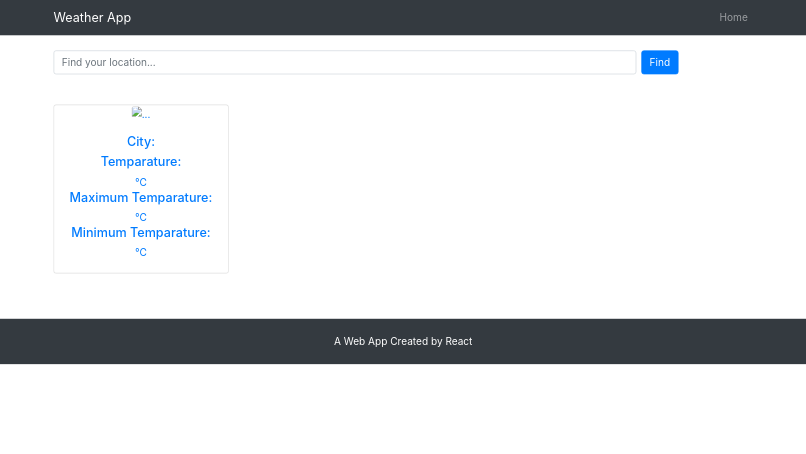
Repository: smk87/weather-app-react
Page: /
The author's editor kept a copy of each file at every save. The page is drawn from the files as they stood at one save, then again after the next save.
The browser window is 1280 px wide. The pictures show the whole page, at 63% of full size.
The page's requests for data from a server got no answer. Some web libraries are served in a nearby version. The project was rebuilt for these pictures with package versions that can differ from the ones it lists, and the page was loaded fresh each time. A package was used in the major version that the imports need, not the one package.json lists. No one was signed in, and anything a server would have sent is missing.

Above is the page before, as saved 2019-02-06 17:16:57.

### public/index.html
<!DOCTYPE html>
<html lang="en">
  <head>
    <meta charset="utf-8" />
    <link rel="shortcut icon" href="%PUBLIC_URL%/favicon.ico" />
    <meta
      name="viewport"
      content="width=device-width, initial-scale=1, shrink-to-fit=no"
    />
    <meta name="theme-color" content="#000000" />
    <!--
      manifest.json provides metadata used when your web app is added to the
      homescreen on Android. See https://developers.google.com/web/fundamentals/web-app-manifest/
    -->
    <link rel="manifest" href="%PUBLIC_URL%/manifest.json" />
    <link
      rel="stylesheet"
      href="https://stackpath.bootstrapcdn.com/bootstrap/4.2.1/css/bootstrap.min.css"
      integrity="sha384-GJzZqFGwb1QTTN6wy59ffF1BuGJpLSa9DkKMp0DgiMDm4iYMj70gZWKYbI706tWS"
      crossorigin="anonymous"
    />
    <script
      defer
      src="https://use.fontawesome.com/releases/v5.6.3/js/all.js"
      integrity="sha384-EIHISlAOj4zgYieurP0SdoiBYfGJKkgWedPHH4jCzpCXLmzVsw1ouK59MuUtP4a1"
      crossorigin="anonymous"
    ></script>
    <!--
      Notice the use of %PUBLIC_URL% in the tags above.
      It will be replaced with the URL of the `public` folder during the build.
      Only files inside the `public` folder can be referenced from the HTML.

      Unlike "/favicon.ico" or "favicon.ico", "%PUBLIC_URL%/favicon.ico" will
      work correctly both with client-side routing and a non-root public URL.
      Learn how to configure a non-root public URL by running `npm run build`.
    -->
    <title>React App</title>
  </head>
  <body>
    <noscript>You need to enable JavaScript to run this app.</noscript>
    <div id="root"></div>
    <!--
      This HTML file is a template.
      If you open it directly in the browser, you will see an empty page.

      You can add webfonts, meta tags, or analytics to this file.
      The build step will place the bundled scripts into the <body> tag.

      To begin the development, run `npm start` or `yarn start`.
      To create a production bundle, use `npm run build` or `yarn build`.
    -->

    <script
      src="https://code.jquery.com/jquery-3.3.1.slim.min.js"
      integrity="sha384-q8i/X+965DzO0rT7abK41JStQIAqVgRVzpbzo5smXKp4YfRvH+8abtTE1Pi6jizo"
      crossorigin="anonymous"
    ></script>
    <script
      src="https://cdnjs.cloudflare.com/ajax/libs/popper.js/1.14.6/umd/popper.min.js"
      integrity="sha384-wHAiFfRlMFy6i5SRaxvfOCifBUQy1xHdJ/yoi7FRNXMRBu5WHdZYu1hA6ZOblgut"
      crossorigin="anonymous"
    ></script>
    <script
      src="https://stackpath.bootstrapcdn.com/bootstrap/4.2.1/js/bootstrap.min.js"
      integrity="sha384-B0UglyR+jN6CkvvICOB2joaf5I4l3gm9GU6Hc1og6Ls7i6U/mkkaduKaBhlAXv9k"
      crossorigin="anonymous"
    ></script>
  </body>
</html>

### src/App.js
import React, { Component } from "react";
import { BrowserRouter as Router, Route, Switch } from "react-router-dom";
import logo from "./logo.svg";
import "./App.css";

//Import Layout Components
import NavBar from "./components/NavBar";
import Footer from "./components/Footer";
import Home from "./components/Home";

class App extends Component {
  render() {
    return (
      <Router>
        <div className="App">
          <NavBar />
          <Route exact path="/" component={Home} />
          <Footer />
        </div>
      </Router>
    );
  }
}

export default App;

### src/components/NavBar.js
import React, { Component } from "react";
import { Link } from "react-router-dom";

export default class NavBar extends Component {
  render() {
    return (
      <div>
        <nav className="navbar navbar-expand-sm navbar-dark bg-dark mb-4">
          <div className="container">
            <Link className="navbar-brand" to="/">
              Weather App
            </Link>
            <button
              className="navbar-toggler"
              type="button"
              data-toggle="collapse"
              data-target="#mobile-nav"
            >
              <span className="navbar-toggler-icon" />
            </button>

            <div className="collapse navbar-collapse" id="mobile-nav">
              <ul className="navbar-nav mr-auto" />
              <ul className="navbar-nav ml-auto">
                <li className="nav-item">
                  <Link className="nav-link" to="/">
                    Home
                  </Link>
                </li>
              </ul>
            </div>
          </div>
        </nav>
      </div>
    );
  }
}

### src/components/Footer.js
import React from "react";

export default function Footer() {
  return (
    <footer className="bg-dark text-white mt-5 p-4 text-center">
      A Web App Created by React
    </footer>
  );
}

### src/components/Home.js
import React, { Component } from "react";
import { Link } from "react-router-dom";
import Weather from "./Weather";

export default class Home extends Component {
  constructor() {
    super();

    this.state = {
      search: ""
    };
  }
  onChange = e => {
    this.setState({
      [e.target.name]: e.target.value
    });
  };
  onSubmit = e => {
    e.preventDefault();
    console.log(this.state);
  };

  render() {
    return (
      <div>
        <div className="container">
          <form onSubmit={this.onSubmit} action="#" className="form-inline">
            <input
              type="text"
              name="search"
              className="form-control col-md-10"
              placeholder="Find your location..."
              value={this.state.search}
              onChange={this.onChange}
            />
            <input
              type="submit"
              className="ml-2 btn btn-primary"
              value="Find"
            />
          </form>
          <Link className="mr-2" to="/weather/:woeid">
            <Weather id="2344116" />
          </Link>
        </div>
      </div>
    );
  }
}

### src/components/Weather.js
import React, { Component } from "react";
import axios from "axios";

export default class Weather extends Component {
  constructor() {
    super();

    this.state = {
      cityname: "",
      id: "",
      temp: "",
      maxtemp: "",
      mintemp: "",
      logo: ""
    };
  }

  componentWillMount() {
    this.setState({ id: this.props.id });

    const url = `weather/weather.php?command=location&woeid=${this.props.id}`;
    // console.log(url);
    axios
      .get(url) //Used proxy to connect with local wamp server
      .then(res => {
        console.log(res.data);

        switch (res.data.consolidated_weather[0].weather_state_name) {
          case "Snow":
            this.setState({
              logo: "https://www.metaweather.com/static/img/weather/sn.svg"
            });
            break;
          case "Sleet":
            this.setState({
              logo: "https://www.metaweather.com/static/img/weather/sl.svg"
            });
            break;
          case "Hail":
            this.setState({
              logo: "https://www.metaweather.com/static/img/weather/h.svg"
            });
            break;
          case "Thunderstorm":
            this.setState({
              logo: "https://www.metaweather.com/static/img/weather/t.svg"
            });
            break;
          case "Heavy Rain":
            this.setState({
              logo: "https://www.metaweather.com/static/img/weather/hr.svg"
            });
            break;
          case "Light Rain":
            this.setState({
              logo: `https://www.metaweather.com/static/img/weather/lr.svg`
            });
            break;
          case "Showers":
            this.setState({
              logo: "https://www.metaweather.com/static/img/weather/s.svg"
            });
            break;
          case "Heavy Cloud":
            this.setState({
              logo: "https://www.metaweather.com/static/img/weather/hc.svg"
            });
            break;
          case "Light Cloud":
            this.setState({
              logo: "https://www.metaweather.com/static/img/weather/lc.svg"
            });
            break;
          case "Clear":
            this.setState({
              logo: "https://www.metaweather.com/static/img/weather/c.svg"
            });
            break;
        }
        this.setState({
          cityname: res.data.title,
          temp: res.data.consolidated_weather[0].the_temp.toPrecision(3),
          maxtemp: res.data.consolidated_weather[0].max_temp.toPrecision(3),
          mintemp: res.data.consolidated_weather[0].min_temp.toPrecision(3)
        });
      })
      .catch(err => console.log(err));
  }

  render() {
    return (
      <div className="mt-5 mr-2 h-50 w-25 card">
        <div>
          <img src={this.state.logo} className="card-img-top" alt="..." />
        </div>
        <div className="card-body">
          <div className="card-text">
            <h5>City: </h5> {this.state.cityname}
          </div>
          <div className="card-text">
            <h5>Temparature: </h5> {this.state.temp}
            <span>&#8451;</span>
          </div>
          <div className="card-text">
            {" "}
            <h5>Maximum Temparature: </h5> {this.state.maxtemp}
            <span>&#8451;</span>
          </div>
          <div className="card-text">
            {" "}
            <h5>Minimum Temparature: </h5>
            {this.state.mintemp}
            <span>&#8451;</span>
          </div>
        </div>
      </div>
    );
  }
}

Loaded but not shown: src/index.js (common file); src/index.css (common file); src/serviceWorker.js (common file); src/App.css (common file)

After the next save:
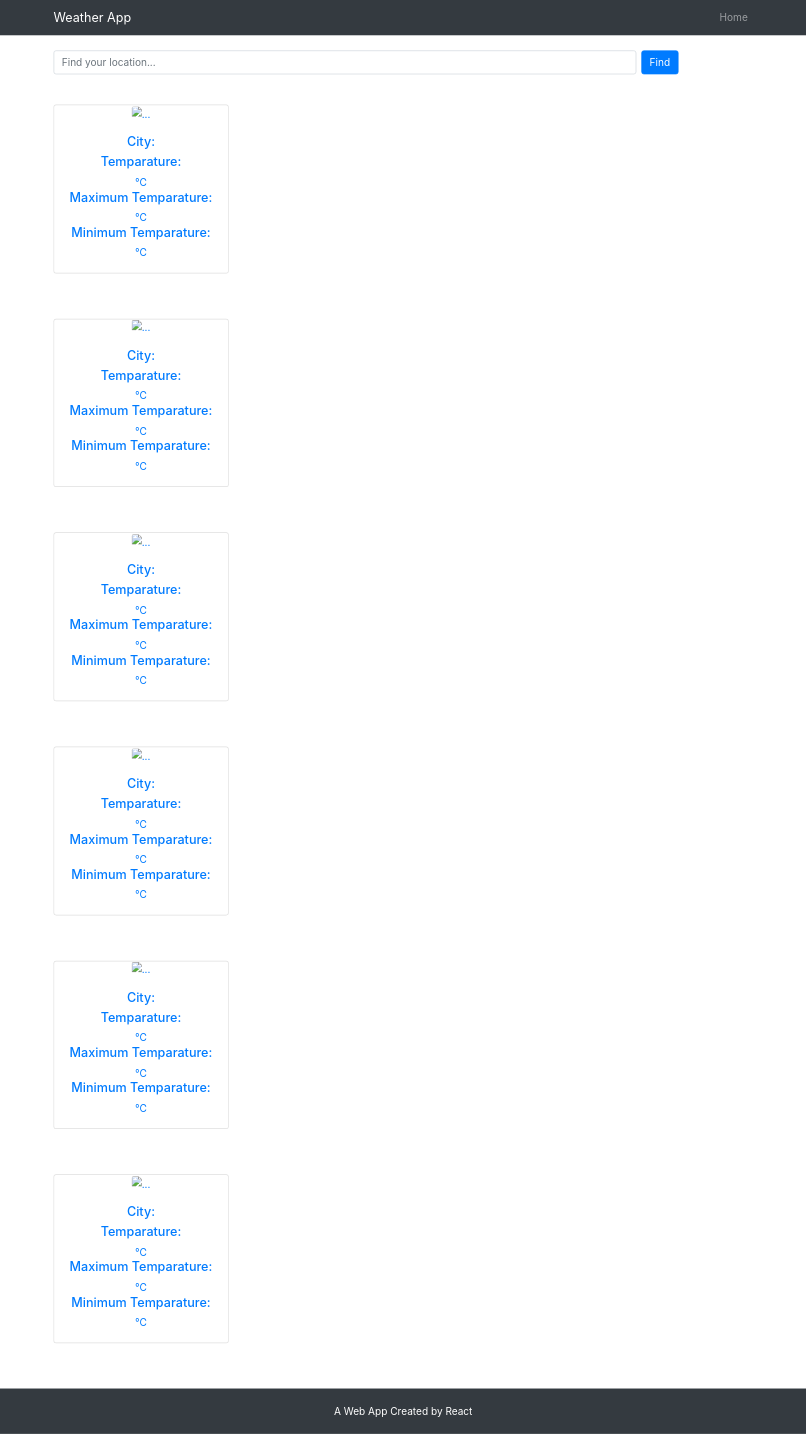
Saved 7 s later.
--- a/src/components/Home.js
+++ b/src/components/Home.js
@@ -42,6 +42,21 @@ export default class Home extends Component {
           <Link className="mr-2" to="/weather/:woeid">
             <Weather id="2344116" />
           </Link>
+          <Link className="mr-2" to="/weather/:woeid">
+            <Weather id="2344116" />
+          </Link>
+          <Link className="mr-2" to="/weather/:woeid">
+            <Weather id="2344116" />
+          </Link>
+          <Link className="mr-2" to="/weather/:woeid">
+            <Weather id="2344116" />
+          </Link>
+          <Link className="mr-2" to="/weather/:woeid">
+            <Weather id="2344116" />
+          </Link>
+          <Link className="mr-2" to="/weather/:woeid">
+            <Weather id="2344116" />
+          </Link>
         </div>
       </div>
     );
